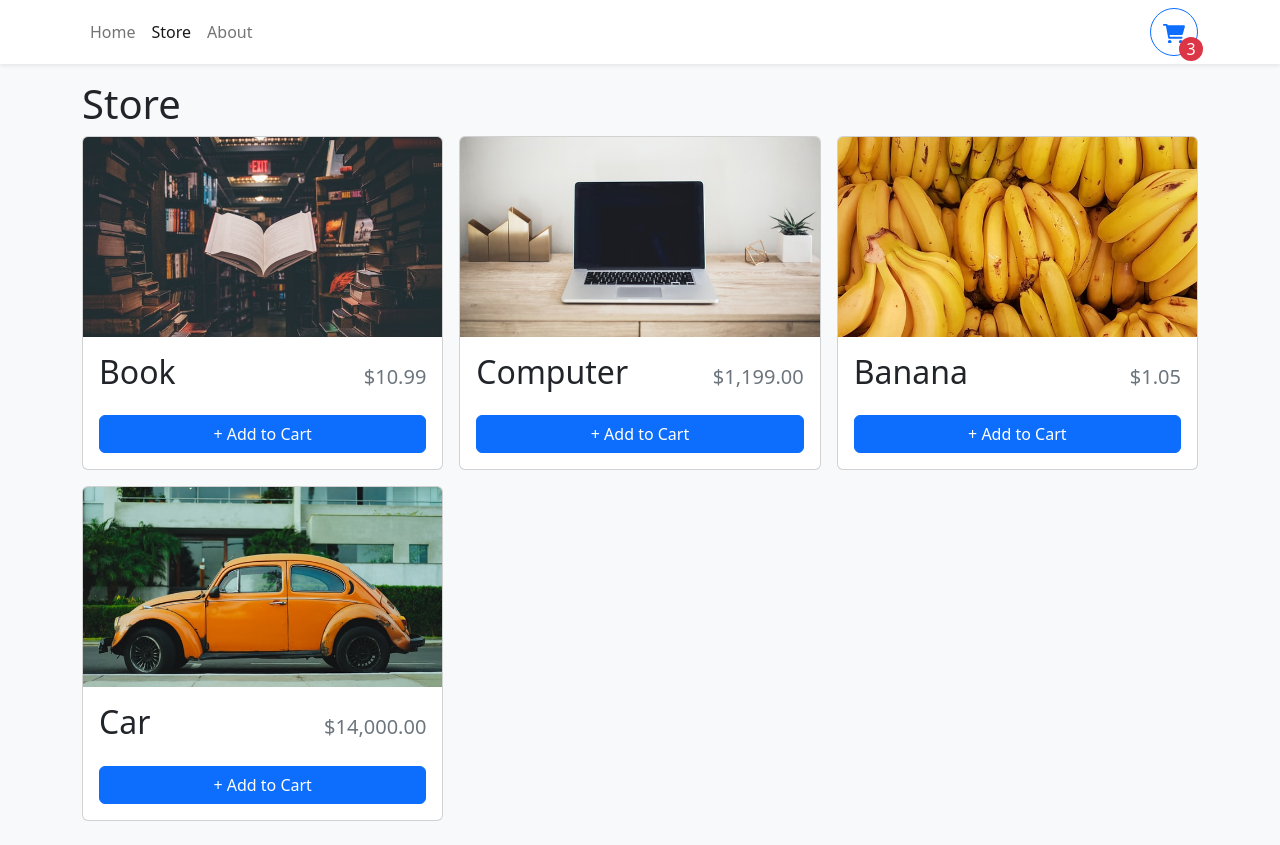
Repository: MoNasr2022/shopping-cart
Page: /store
These files come from the project's save history. The page is drawn as it stood at one moment and after the next save; the edit follows.
The browser window is 1280 px wide. The pictures show the whole page.
The project was rebuilt for these pictures with package versions that can differ from the ones it lists, and the page was loaded fresh each time. Also part of the build but not shown: vite.config.ts, src/pages/Home.tsx, src/pages/About.tsx.

Above is the page before, as saved 2023-04-17 22:56:36.

### index.html
<!DOCTYPE html>
<html lang="en">
  <head>
    <meta charset="UTF-8" />
    <link rel="icon" type="image/svg+xml" href="/vite.svg" />
    <meta name="viewport" content="width=device-width, initial-scale=1.0" />
    <title>Nasr Shopping Cart</title>
  </head>
  <body class="bg-light">
    <div id="root"></div>
    <script type="module" src="/src/main.tsx"></script>
  </body>
</html>

### src/App.tsx
import { Routes, Route } from "react-router-dom";
import { Container } from "react-bootstrap";
import Home from "./pages/Home";
import Store from "./pages/Store";
import About from "./pages/About";
import Navbar from "./components/Navbar";

function App() {
  return (
    <>
      <Navbar />
      <Container className="mb-4">
        <Routes>
          <Route path="/" element={<Home />} />
          <Route path="/store" element={<Store />} />
          <Route path="/about" element={<About />} />
        </Routes>
      </Container>
    </>
  );
}

export default App;

### src/pages/Store.tsx
import StoreItems from "../components/StoreItems";
import storeItems from "../data/items.json";
import { Row, Col } from "react-bootstrap";

export default function Store() {
  return (
    <>
      <h1>Store</h1>
      <Row md={2} xs={1} lg={3} className="g-3">
        {storeItems.map((item) => (
          <Col key={item.id}>
            <StoreItems {...item} />
          </Col>
        ))}
      </Row>
    </>
  );
}

### src/components/Navbar.tsx
import { Navbar as NavbarB } from "react-bootstrap";
import { Container, Nav, Button } from "react-bootstrap";
import { NavLink } from "react-router-dom";

export default function Navbar() {
  return (
    <NavbarB className="bg-white shadow-sm mb-3 " sticky="top">
      <Container>
        <Nav className="me-auto">
          <Nav.Link as={NavLink} to="/">
            Home
          </Nav.Link>
          <Nav.Link as={NavLink} to="/store">
            Store
          </Nav.Link>
          <Nav.Link as={NavLink} to="/about">
            About
          </Nav.Link>
        </Nav>
        <Button
          className=" rounded-circle"
          variant="outline-primary"
          style={{ position: "relative", width: "3rem", height: "3rem" }}
        >
          <svg

            xmlns="http://www.w3.org/2000/svg"
            viewBox="0 0 576 512"
            fill="currentColor"
          >
            <path d="M96 0C107.5 0 117.4 8.19 119.6 19.51L121.1 32H541.8C562.1 32 578.3 52.25 572.6 72.66L518.6 264.7C514.7 278.5 502.1 288 487.8 288H170.7L179.9 336H488C501.3 336 512 346.7 512 360C512 373.3 501.3 384 488 384H159.1C148.5 384 138.6 375.8 136.4 364.5L76.14 48H24C10.75 48 0 37.25 0 24C0 10.75 10.75 0 24 0H96zM128 464C128 437.5 149.5 416 176 416C202.5 416 224 437.5 224 464C224 490.5 202.5 512 176 512C149.5 512 128 490.5 128 464zM512 464C512 490.5 490.5 512 464 512C437.5 512 416 490.5 416 464C416 437.5 437.5 416 464 416C490.5 416 512 437.5 512 464z" />
          </svg>

          <span
            className="position-absolute  bg-danger rounded-circle"
            style={{
              color: "white",
              bottom: 0,
              right: 0,
              transform: "translate(25%, 25%)",
              width: "1.5rem",
              height: "1.5rem",

              display: "flex",
              justifyContent: "center",
              alignItems: "center",
            }}
          >
            3
          </span>
        </Button>
      </Container>
    </NavbarB>
  );
}

### src/components/StoreItems.tsx
import { Button, Card } from "react-bootstrap";
import { formatCurrency } from "../utilities/formatCurrency";

type StoreItemsProps = {
  id: number;
  name: string;
  price: number;
  imgUrl: string;
};

function StoreItems({ id, name, price, imgUrl }: StoreItemsProps) {
  const quantity = 0;
  return (
    <Card className="h-100">
      <Card.Img
        variant="top"
        src={imgUrl}
        height="200px"
        style={{ objectFit: "cover" }}
      />
      <Card.Body className="d-flex flex-column">
        <Card.Title className="d-flex justify-content-between align-items-baseline mb-4 ">
          <span className="fs-2">{name}</span>
          <span className="ms-2 text-muted">{formatCurrency(price)}</span>
        </Card.Title>
        <div className="mt-auto">
          {quantity === 0 ? (
            <Button className="btn btn-primary w-100">+ Add to Cart</Button>
          ) : (
            <div
              className="d-flex flex-column align-items-center"
              style={{ gap: ".5rem" }}
              >
                hi
              <div
                className="d-flex justify-content-center align-items-center"
                style={{ gap: ".5rem" }}
                >
                  Bye
              </div>
            </div>
          )}
        </div>
      </Card.Body>
    </Card>
  );
}

export default StoreItems;

### src/utilities/formatCurrency.ts
const CURRENCY_FORMATTER = new Intl.NumberFormat(undefined, {
    style: 'currency',
    currency: 'USD',
})

export function formatCurrency (number: number){
  return  CURRENCY_FORMATTER.format(number)
};

Loaded but not shown: src/main.tsx (common file); src/data/items.json (common file)

After the next save:
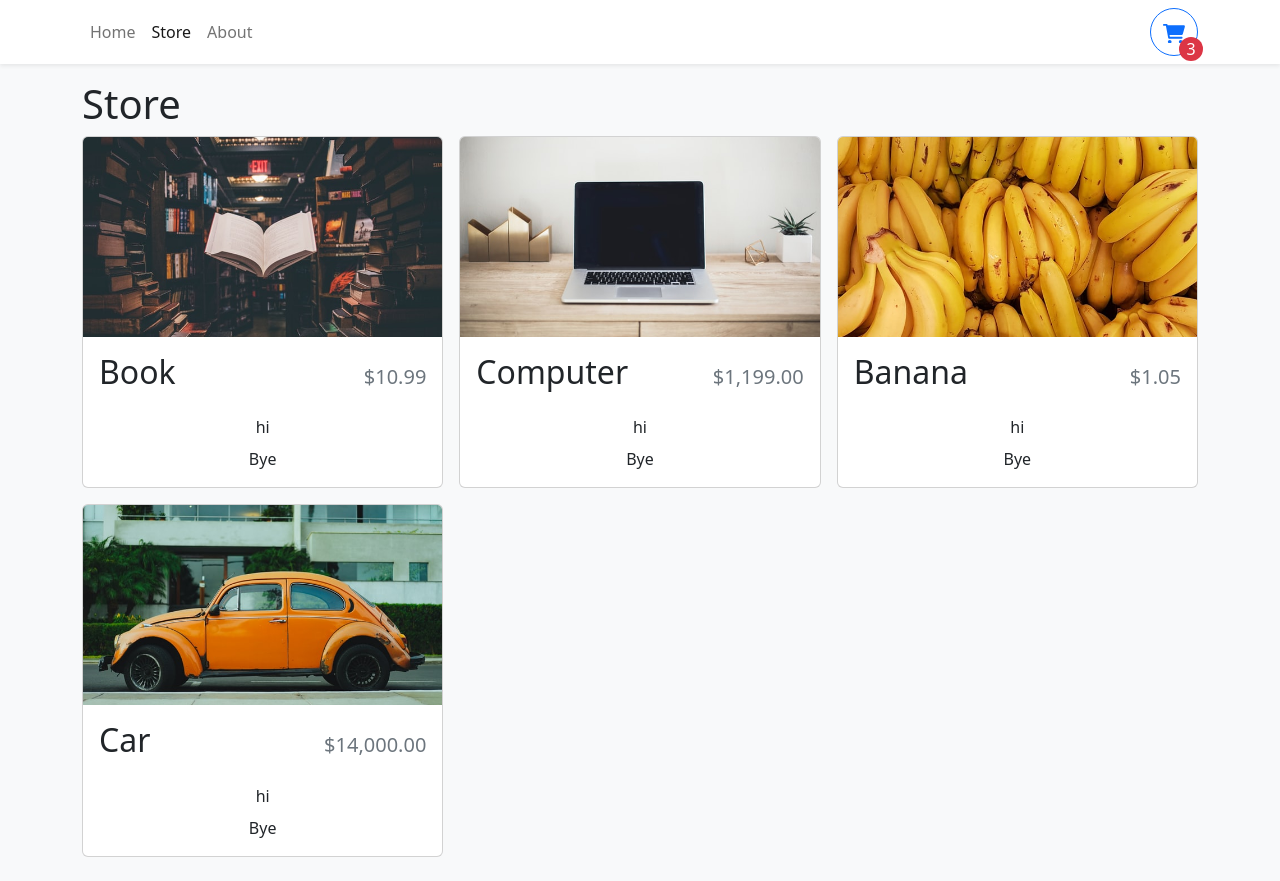
Saved 5 s later.
--- a/src/components/StoreItems.tsx
+++ b/src/components/StoreItems.tsx
@@ -9,7 +9,7 @@ type StoreItemsProps = {
 };
 
 function StoreItems({ id, name, price, imgUrl }: StoreItemsProps) {
-  const quantity = 0;
+  const quantity = 1;
   return (
     <Card className="h-100">
       <Card.Img
